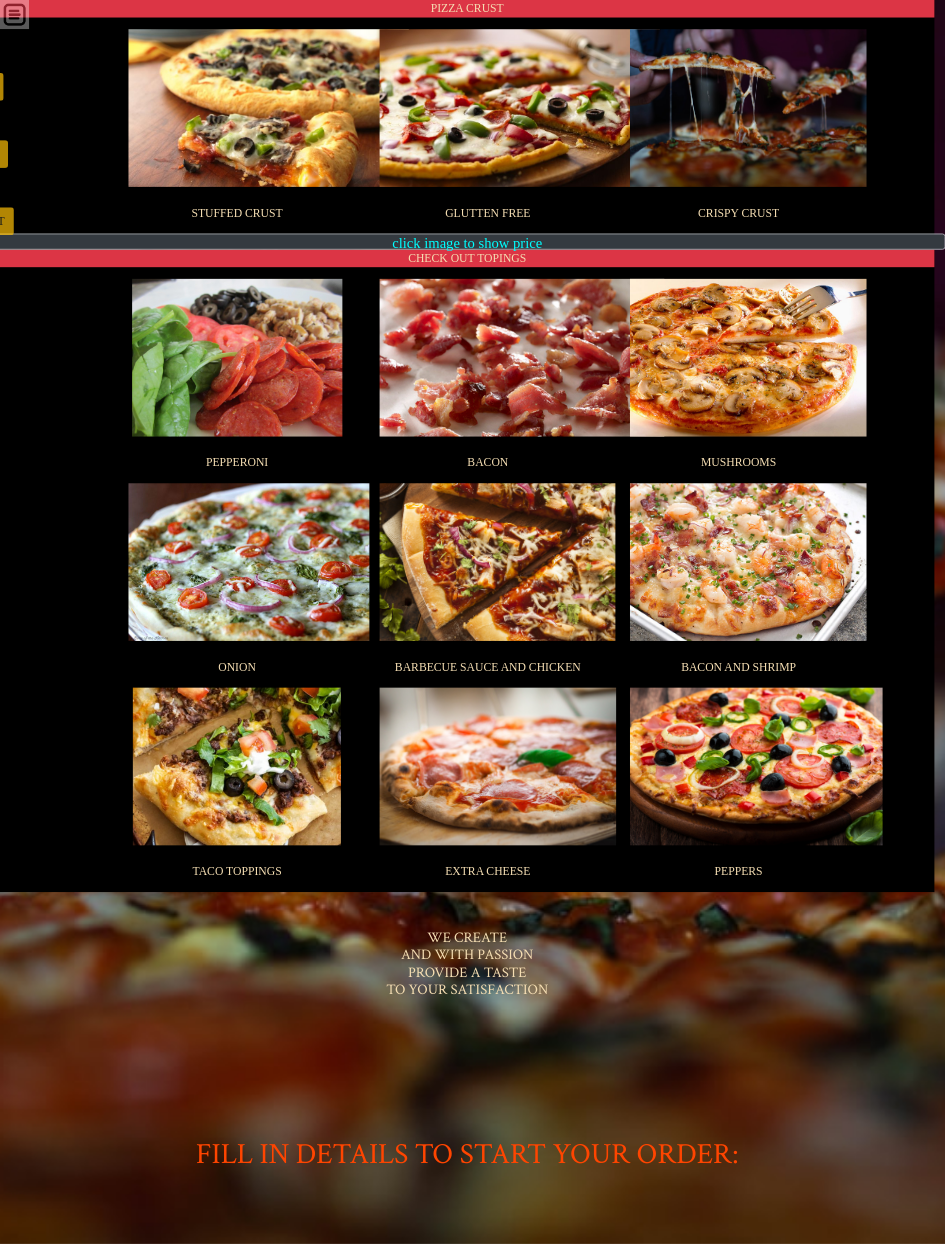
Repository: alexmwaura/MOREO--PIZZA-IP4
Page: mine.html
The author's editor kept a copy of each file at every save. The page is drawn from the files as they stood at one save, then again after a run of saves.
The browser window is 1280 px wide. The page is 1295 px wide, so the pictures cover 1295 px, including what lies to the right of the window. The pictures show the whole page, at 73% of full size.
Some web fonts or font styles are not loaded; a fallback is used.

Above is the page before, as saved 2019-09-01 14:29:00.

After the next 2 saves:
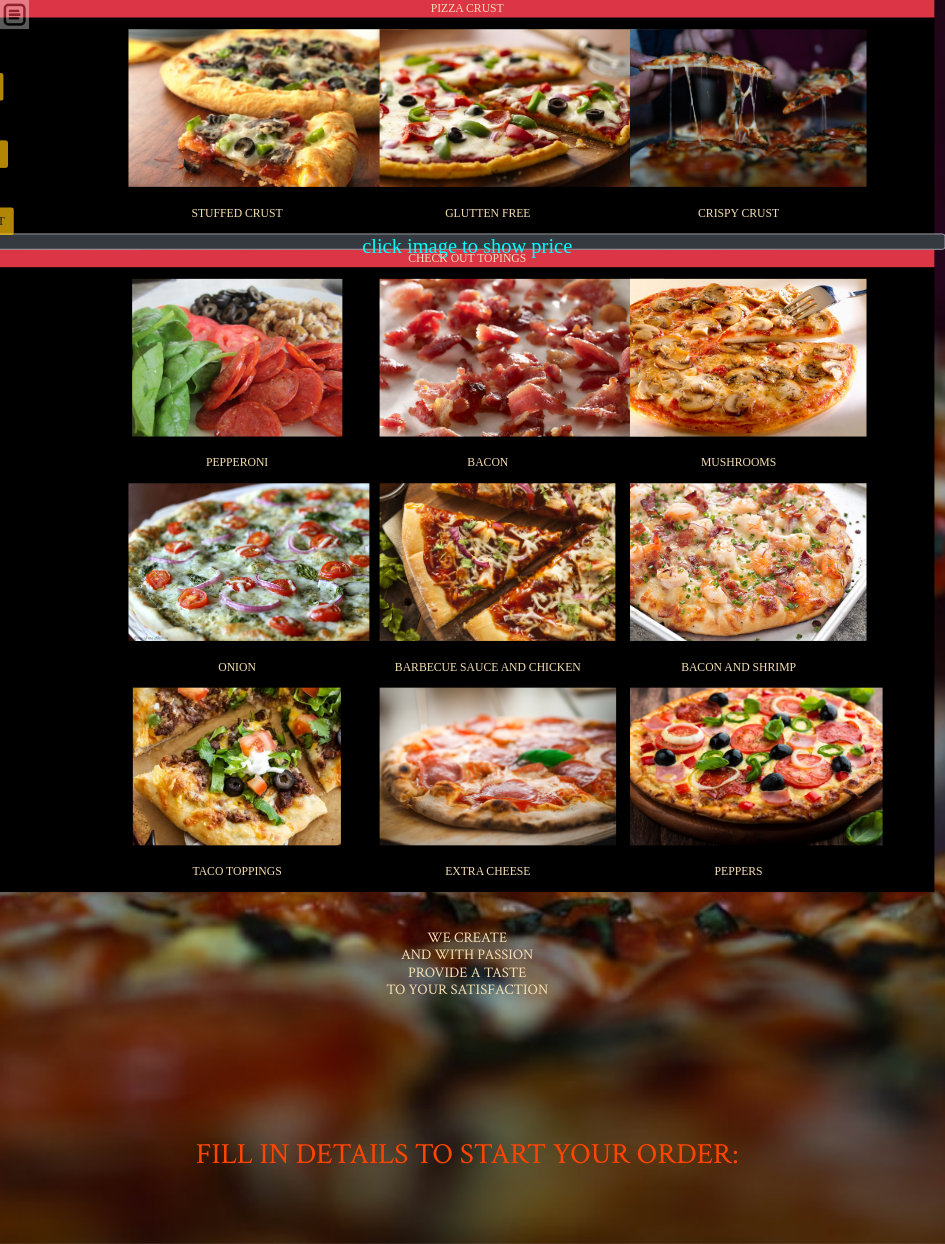
The 2 saves are shown as one change because they came seconds apart.
The last was saved 6 s later.
--- a/mine.html
+++ b/mine.html
@@ -106,7 +106,7 @@
                     </div>
 
                     <div class="form-control custom-range bg-dark">
-                        <h5 style="color: aqua" style="font-size: 10vh"> click image to show price</h5>
+                        <h3 style="color: aqua" style="font-size: 10vh"> click image to show price</h3>
                     </div>
 
 
